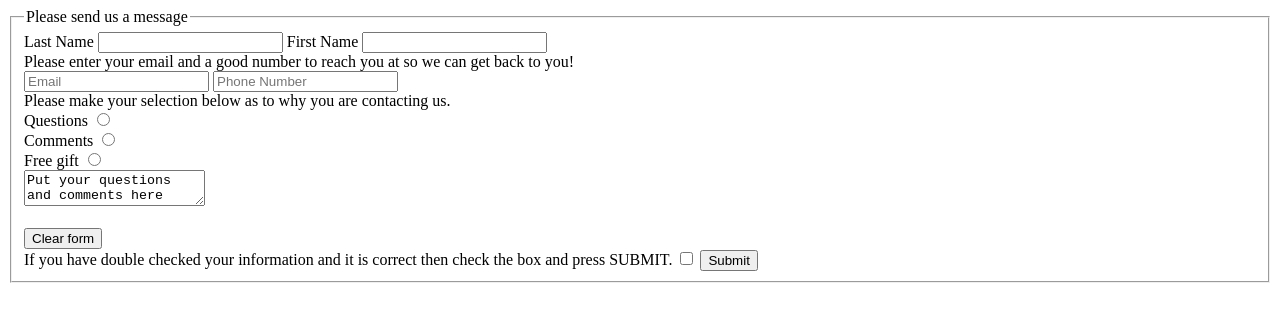
Repository: nsisk1/web-page-project
Page: contact-us.html
The author's editor kept a copy of each file at every save. The page is drawn from the files as they stood at one save, then again after a run of saves.
The browser window is 1280 px wide. The pictures show the whole page.

Above is the page before, as saved 2024-07-14 10:16:33.

After the next 3 saves:
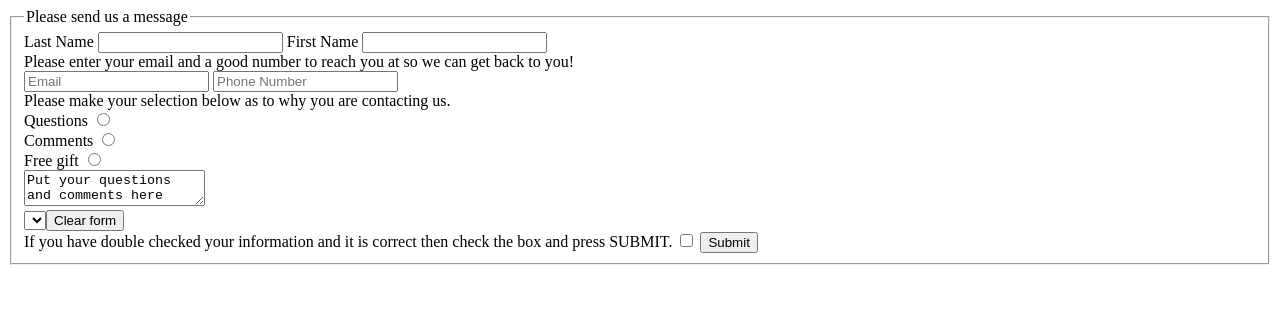
The 3 saves are shown as one change because they came seconds apart.
The last was saved 50 s later.
--- a/contact-us.html
+++ b/contact-us.html
@@ -34,7 +34,7 @@
                 <br>
                 <textarea name="textbox">Put your questions and comments here</textarea>
                 <br>
-
+                <select
                 <br>
                 <input type="reset" value="Clear form">
                 <br>
